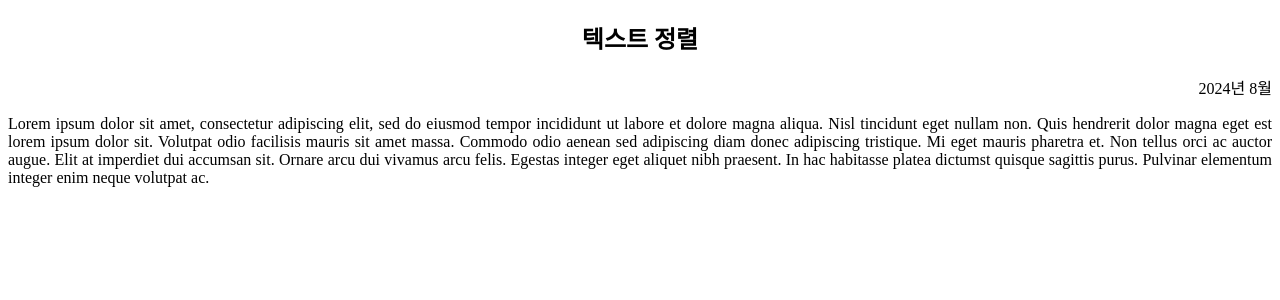
Repository: yeosong-SMU/Java-Fulls-tack
Page: html/src/main/webapp/ch02/align.html
These files come from the project's save history. The page is drawn as it stood at one moment and after the next save; the edit follows.
The browser window is 1280 px wide. The pictures show the whole page.

Above is the page before, as saved 2025-04-02 00:58:16.

### html/src/main/webapp/ch02/align.html
<!DOCTYPE html>
<html>
<head>
<meta charset="UTF-8">
<title>Insert title here</title>
<style>
h2 {
	text-align: center;
	text-decoration: blink;
}

p.date {
	text-align: right;
}

p.main {
	text-align: justify;
}
</style>
</head>
<body>
<h2>텍스트 정렬</h2>
<p class="date">2024년 8월</p>
<p class="main">Lorem ipsum dolor sit amet, consectetur adipiscing elit, sed do eiusmod tempor incididunt ut labore et dolore magna aliqua. Nisl tincidunt eget nullam non. Quis hendrerit dolor magna eget est lorem ipsum dolor sit. Volutpat odio facilisis mauris sit amet massa. Commodo odio aenean sed adipiscing diam donec adipiscing tristique. Mi eget mauris pharetra et. Non tellus orci ac auctor augue. Elit at imperdiet dui accumsan sit. Ornare arcu dui vivamus arcu felis. Egestas integer eget aliquet nibh praesent. In hac habitasse platea dictumst quisque sagittis purus. Pulvinar elementum integer enim neque volutpat ac.</p>
</body>
</html>

After the next save:
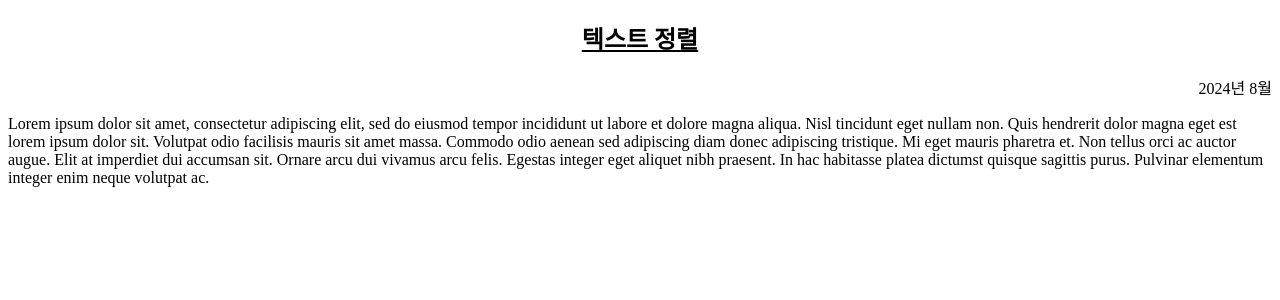
Saved 79 s later.
--- a/html/src/main/webapp/ch02/align.html
+++ b/html/src/main/webapp/ch02/align.html
@@ -6,7 +6,7 @@
 <style>
 h2 {
 	text-align: center;
-	text-decoration: blink;
+	text-decoration: underline;
 }
 
 p.date {
@@ -14,7 +14,7 @@
 }
 
 p.main {
-	text-align: justify;
+	text-align: left;
 }
 </style>
 </head>
